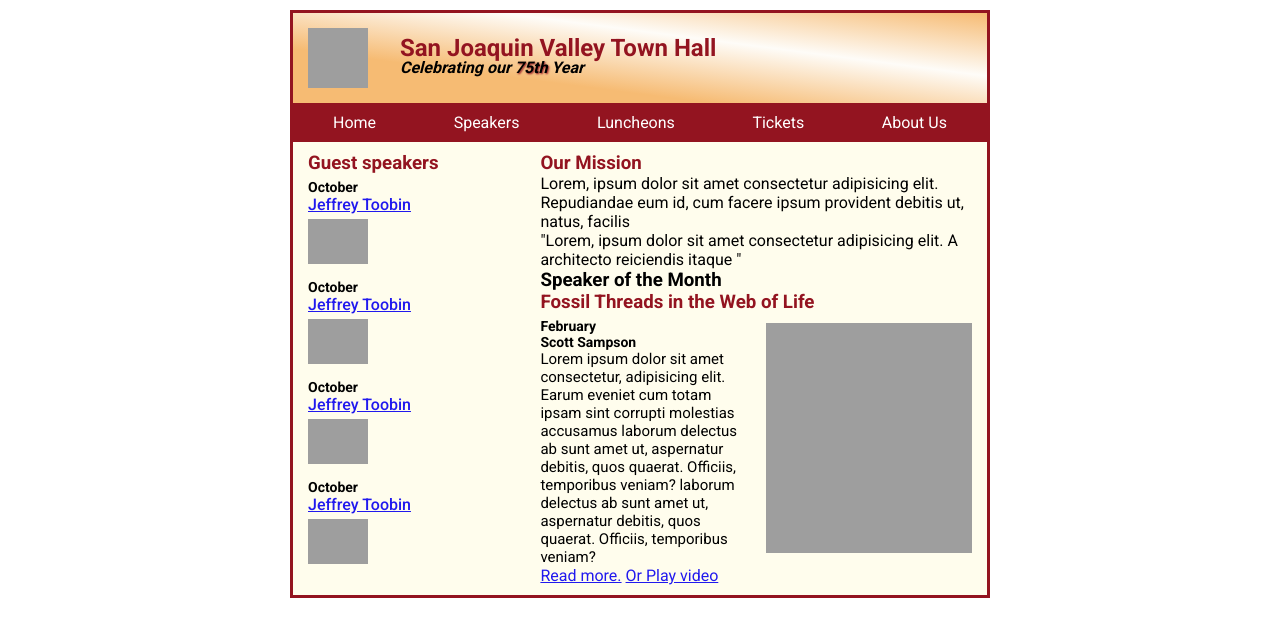
Repository: Mannj-nef/ex-5-6-7-8_IvVettech
Page: index.html
These files come from the project's save history. The page is drawn as it stood at one moment and after the next save; the edit follows.
The browser window is 1280 px wide. The pictures show the whole page.
Pictures or frames that could not be fetched are drawn as grey boxes.

Above is the page before, as saved 2022-03-24 22:58:15.

### index.html
<!DOCTYPE html>
<html lang="en">
  <head>
    <meta charset="UTF-8" />
    <meta http-equiv="X-UA-Compatible" content="IE=edge" />
    <meta name="viewport" content="width=device-width, initial-scale=1.0" />
    <link rel="stylesheet" href="./Asset/style.css" />
    <link rel="preconnect" href="https://fonts.googleapis.com" />
    <link rel="preconnect" href="https://fonts.gstatic.com" crossorigin />
    <link
      href="https://fonts.googleapis.com/css2?family=Roboto:wght@300;400;500;700&display=swap"
      rel="stylesheet"
    />
    <title>Exercise5-6</title>
    <link
      rel="shortcut icon"
      href="https://iviettech.vn/wp-content/themes/viettech/img/front/favicon.ico"
      type="image/x-icon"
    />
  </head>
  <body>
    <div id="app">
      <header id="header">
        <div class="header-top">
          <div class="header-image__wrapper">
            <img
              src="https://source.unsplash.com/random"
              alt=""
              class="header-image"
            />
          </div>
          <div class="header-main">
            <h2 class="header-main__title">San Joaquin Valley Town Hall</h2>
            <p class="header-main__decs">
              Celebrating our
              <span class="header-main__decs-b"
                >75 <span class="header-main__decs-c">th</span>
              </span>
              Year
            </p>
          </div>
        </div>
        <div class="header-nav">
          <ul class="header-nav__list">
            <li class="header-nav__item">
              <a href="" class="header-nav__link">Home</a>
            </li>
            <li class="header-nav__item">
              <a href="" class="header-nav__link">Speakers</a>
            </li>
            <li class="header-nav__item">
              <a href="" class="header-nav__link">Luncheons</a>
            </li>
            <li class="header-nav__item">
              <a href="" class="header-nav__link">Tickets</a>
            </li>
            <li class="header-nav__item">
              <a href="" class="header-nav__link">About Us</a>
            </li>
          </ul>
        </div>
      </header>
      <section id="content">
        <div class="content-left">
          <h3 class="content-title">Guest speakers</h3>

          <div class="content-left__member">
            <p class="content__member-month">October</p>
            <a href="" class="content-left__member-link">Jeffrey Toobin</a>
            <div class="content-left__member-avata-wrapper">
              <img
                src="https://source.unsplash.com/random"
                alt=""
                class="content-left__member-avata"
              />
            </div>
          </div>
          <div class="content-left__member">
            <p class="content__member-month">October</p>
            <a href="" class="content-left__member-link">Jeffrey Toobin</a>
            <div class="content-left__member-avata-wrapper">
              <img
                src="https://source.unsplash.com/random"
                alt=""
                class="content-left__member-avata"
              />
            </div>
          </div>
          <div class="content-left__member">
            <p class="content__member-month">October</p>
            <a href="" class="content-left__member-link">Jeffrey Toobin</a>
            <div class="content-left__member-avata-wrapper">
              <img
                src="https://source.unsplash.com/random"
                alt=""
                class="content-left__member-avata"
              />
            </div>
          </div>
          <div class="content-left__member">
            <p class="content__member-month">October</p>
            <a href="" class="content-left__member-link">Jeffrey Toobin</a>
            <div class="content-left__member-avata-wrapper">
              <img
                src="https://source.unsplash.com/random"
                alt=""
                class="content-left__member-avata"
              />
            </div>
          </div>
        </div>
        <div class="content-right">
          <div class="content-right__top">
            <h3 class="content-title">Our Mission</h3>
            <p class="constent-right__desc">
              Lorem, ipsum dolor sit amet consectetur adipisicing elit.
              Repudiandae eum id, cum facere ipsum provident debitis ut, natus,
              facilis
            </p>
            <p class="constent-right__desc-sub">
              "Lorem, ipsum dolor sit amet consectetur adipisicing elit. A
              architecto reiciendis itaque "
            </p>
            <h3 class="constent-right-title">Speaker of the Month</h3>
          </div>
          <div class="content-right__center">
            <h3 class="content-title">Fossil Threads in the Web of Life</h3>
            <div class="content-right__center-wrapper">
              <div class="content-right__center-left">
                <h3 class="content__member-month center-left_title">
                  <p>February</p>
                  Scott Sampson
                </h3>
                <p class="content-left__center-desc">
                  Lorem ipsum dolor sit amet consectetur, adipisicing elit.
                  Earum eveniet cum totam ipsam sint corrupti molestias
                  accusamus laborum delectus ab sunt amet ut, aspernatur
                  debitis, quos quaerat. Officiis, temporibus veniam? laborum
                  delectus ab sunt amet ut, aspernatur debitis, quos quaerat.
                  Officiis, temporibus veniam?
                </p>
                <a href="" class="content-left__center-link">Read more.</a>
                <a href="" class="content-left__center-link">Or Play video</a>
              </div>
              <div class="constent-right__center-right">
                <img
                  src="https://source.unsplash.com/random"
                  alt=""
                  class="constent-right__center-right_img"
                />
              </div>
            </div>
          </div>
        </div>
      </section>
    </div>
  </body>
</html>

### Asset/style.css
* {
  margin: 0;
  padding: 0;
  box-sizing: border-box;
}
html {
  font-family: "Roboto", sans-serif;
}
:root {
  --prymary-color: #931420;
  --white-color: #fff;
  --yellow-color: #ebc700;
  --blue-color: #2119ee;
  --size: 60px;
}

#app {
  margin: 10px auto;
  width: 700px;
  border: 3px solid var(--prymary-color);
}

#header {
}
.header-top {
  padding: 15px;
  display: flex;
  align-items: center;
  background-image: linear-gradient(
    to right top,
    #f6bb73 30%,
    #fefcf8,
    #f6bb73
  );
}
.header-image__wrapper {
  width: var(--size);
  height: var(--size);
  margin-right: 2em;
}
.header-image {
  width: 100%;
  height: 100%;
  object-fit: cover;
}
.header-main {
  line-height: 20px;
}
.header-main__title {
  color: var(--prymary-color);
}
.header-main__decs {
  color: #000;
  font-weight: 600;
  font-style: italic;
}
.header-main__decs-b {
  display: inline-flex;
  text-shadow: 1px 1px 2px var(--prymary-color);
}
.header-nav {
  background-color: var(--prymary-color);
}
.header-nav__list {
  list-style: none;
  display: flex;
  justify-content: space-between;
  padding: 0 20px;
}
.header-nav__item {
  padding: 10px 20px;
}
.header-nav__link {
  font-weight: 400;
  text-decoration: none;
  color: var(--white-color);
}
.header-nav__item:hover .header-nav__link {
  color: var(--yellow-color);
}

#content {
  background-color: #fffded;
  padding: 10px 15px;
  display: flex;
}

.content-left {
  width: 35%;
}
.content-title {
  color: var(--prymary-color);
}
.content-left__member {
}
.content__member-month {
  margin-top: 5px;
  font-size: 14px;
  font-weight: 600;
}
.content-left__member-link {
  font-weight: 500;
  color: var(--blue-color);
}
.content-left__member-avata-wrapper {
  width: var(--size);
  height: var(--size);
  display: flex;
  padding-top: 5px;
  padding-bottom: 10px;
}
.content-left__member-avata {
  width: 100%;
  height: 100%;
}
.content-right {
  width: 65%;
}
.content-right__desc-sub {
  padding: 5px 20px;
}
.content-right-title {
  margin: 8px 0;
  font-weight: 600;
  color: #000;
  border-bottom: 3px solid var(--prymary-color);
}

.content-left__center {
  padding: 0 0 10px;
  border-bottom: 3px solid var(--prymary-color);
}

.content-right__center-wrapper {
  display: flex;
}

.content-right__center-left {
  flex: 1;
}
.center-left_title {
  margin-right: 10px;
}
.content-left__center-desc {
  font-size: 15px;
  line-height: 1.2;
}
.content-left__center-link {
  color: var(--blue-color);
}
.constent-right__center-right {
  margin: 10px 0 0 20px;
  width: 100px;
  height: 230px;
  display: flex;
  flex: 1;
}
.constent-right__center-right_img {
  width: 100%;
  height: 100%;
}

After the next save:
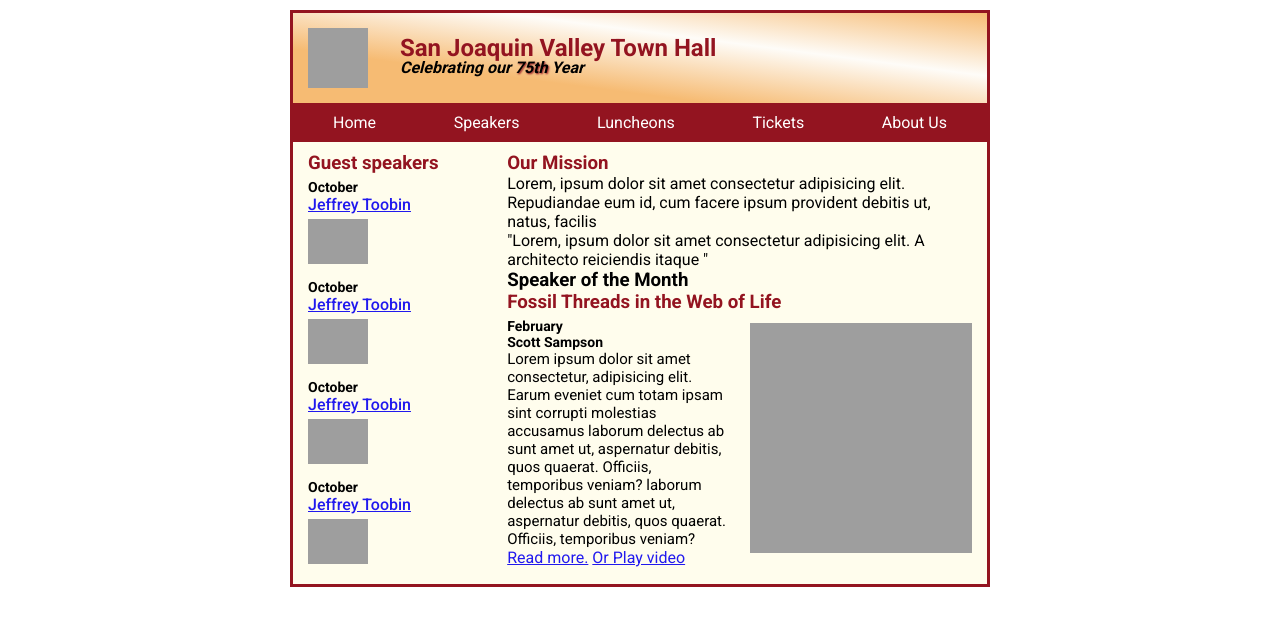
Saved 24 s later.
--- a/Asset/style.css
+++ b/Asset/style.css
@@ -86,7 +86,7 @@ html {
 }
 
 .content-left {
-  width: 35%;
+  width: 30%;
 }
 .content-title {
   color: var(--prymary-color);
@@ -114,7 +114,7 @@ html {
   height: 100%;
 }
 .content-right {
-  width: 65%;
+  width: 70%;
 }
 .content-right__desc-sub {
   padding: 5px 20px;
